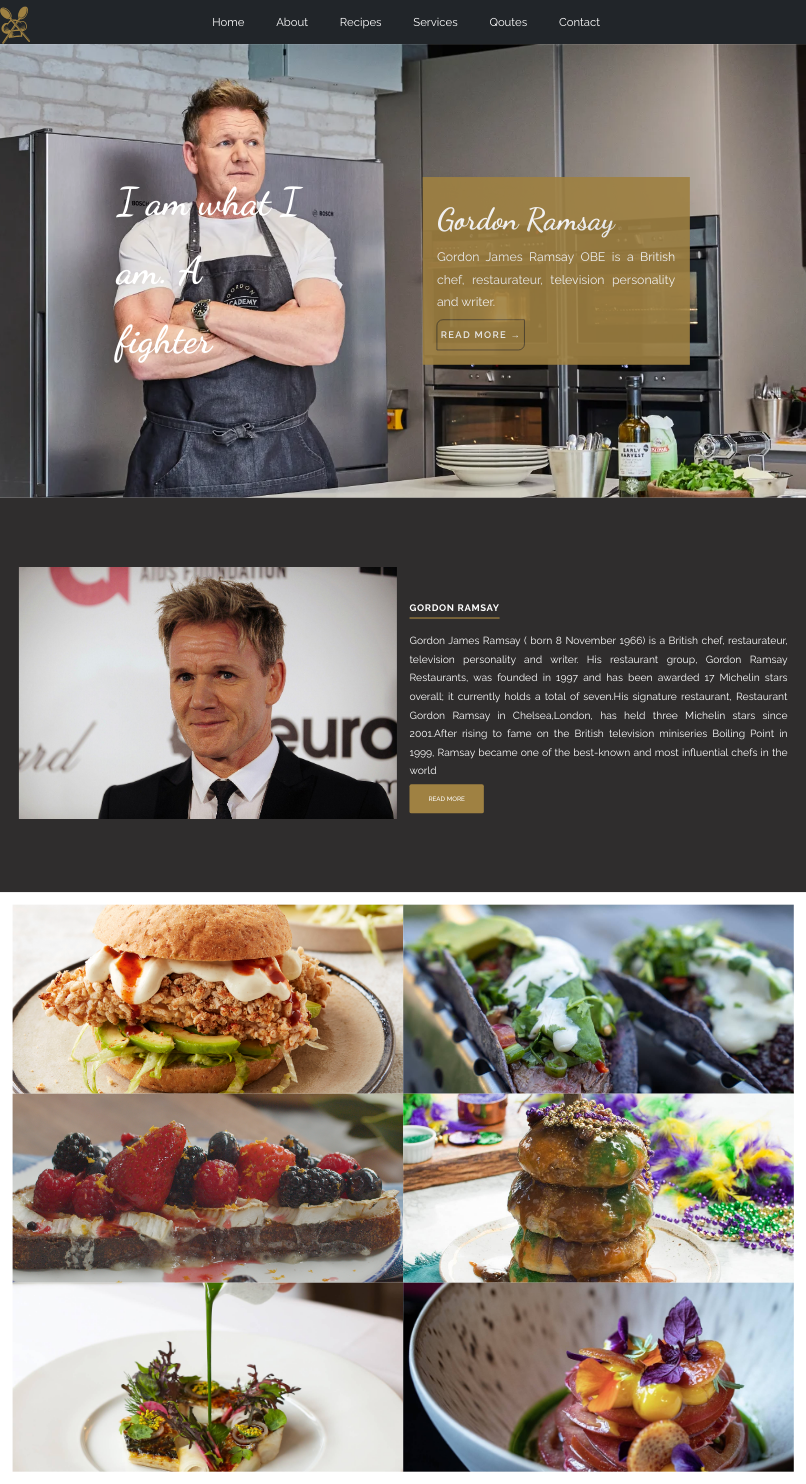
Repository: Esraa22M/Gordon-Ramsay-Biography
Page: index.html
The author's editor kept a copy of each file at every save. The page is drawn from the files as they stood at one save, then again after the next save.
The browser window is 1280 px wide. The pictures show the whole page, at 63% of full size.
Backgrounds fixed to the window are drawn as part of the page. Some web libraries are served in a nearby version.

Above is the page before, as saved 2022-12-19 13:06:07.

After the next save:
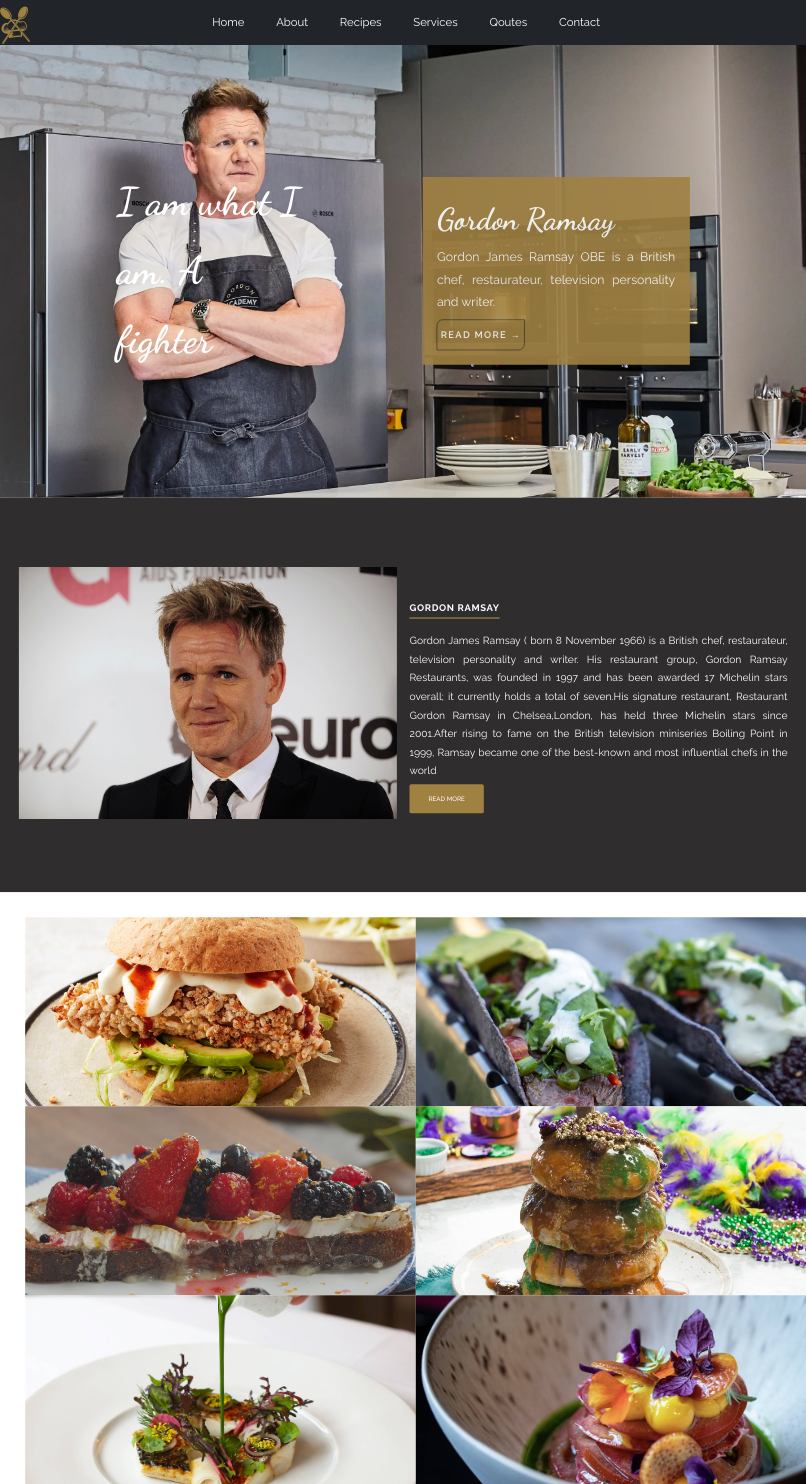
Saved 79 s later.
--- a/style.css
+++ b/style.css
@@ -258,7 +258,7 @@
 div.work__card img {
   width: 100%;
   position: absolute;
-  inset:0;
+  inset:2rem;
   z-index: 100;
   height: 100%;
   object-fit: cover;
